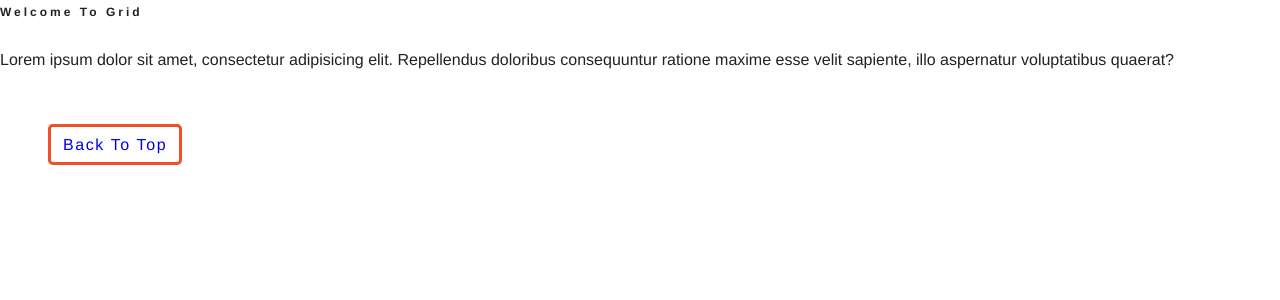
Repository: Ndifoinhilary/css_grid
Page: css-grid-learn/hero.html
The author's editor kept a copy of each file at every save. The page is drawn from the files as they stood at one save, then again after the next save.
The browser window is 1280 px wide. The pictures show the whole page.

Above is the page before, as saved 2024-01-28 16:19:08.

After the next save:
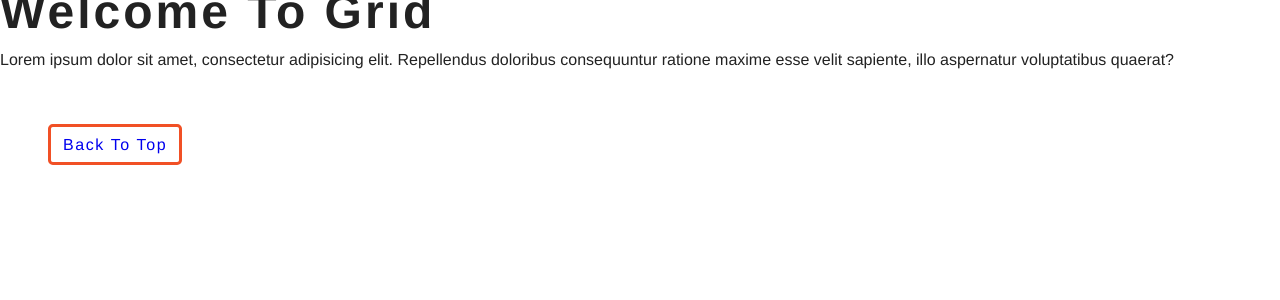
Saved 52 s later.
--- a/css-grid-learn/main.css
+++ b/css-grid-learn/main.css
@@ -59,7 +59,7 @@ h2{
     font-size: 1.5rem;
     margin-bottom:0 ;
 }
-h1{
+h3{
     font-size: 0.75rem;
 }
 p{
